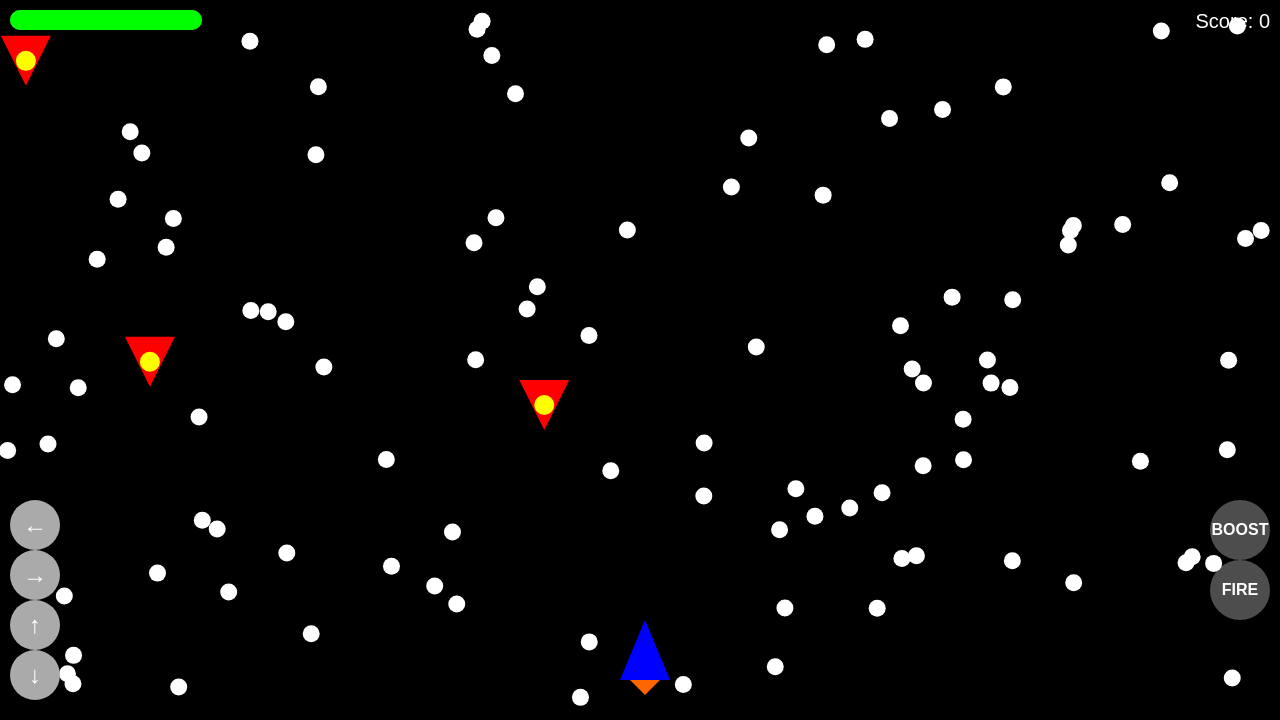
Repository: BiranOrundas/space-shooter
Page: space-shooter.html
The author's editor kept a copy of each file at every save. The page is drawn from the files as they stood at one save, then again after a run of saves.
The browser window is 1280 px wide. The pictures show the whole page.

Above is the page before, as saved 2025-03-13 15:55:28.

### space-shooter.html
<!DOCTYPE html>
<html lang="en">
<head>
  <meta charset="UTF-8">
  <meta name="viewport" content="width=device-width, initial-scale=1.0">
  <title>Space Shooter</title>
  <style>
    body {
      margin: 0;
      overflow: hidden;
      touch-action: none;
      font-family: Arial, sans-serif;
      background-color: #000;
      display: flex;
      justify-content: center;
      align-items: center;
      height: 100vh;
    }

    #game-container {
      position: relative;
      width: 100vw;
      height: 100vh;
      background-color: #000;
      overflow: hidden;
      touch-action: none;
    }

    #game-canvas {
      width: 100%;
      height: 100%;
    }

    #controls {
      position: absolute;
      bottom: 20px;
      left: 0;
      width: 100%;
      display: flex;
      justify-content: space-between;
      z-index: 10;
    }

    .direction-btn {
      width: 50px;
      height: 50px;
      background-color: rgba(255, 255, 255, 0.3);
      border-radius: 50%;
      display: flex;
      justify-content: center;
      align-items: center;
      color: white;
      font-weight: bold;
      font-size: 24px;
      user-select: none;
      margin: 0 10px;
    }
    .direction-btnpress {
      width: 50px;
      height: 50px;
      background-color: rgba(24, 124, 4, 0.3);
      border-radius: 50%;
      display: flex;
      justify-content: center;
      align-items: center;
      color: white;
      font-weight: bold;
      font-size: 24px;
      user-select: none;
      margin: 0 10px;
    }

    .action-btn {
      width: 60px;
      height: 60px;
      background-color: rgba(255, 255, 255, 0.3);
      border-radius: 50%;
      display: flex;
      justify-content: center;
      align-items: center;
      color: white;
      font-weight: bold;
      font-size: 16px;
      user-select: none;
      margin: 0 10px;
    }

    #life-bar-container {
      position: absolute;
      top: 10px;
      left: 10px;
      width: 15%;
      height: 20px;
      background-color: rgba(255, 255, 255, 0.3);
      border-radius: 10px;
    }

    #life-bar {
      height: 100%;
      width: 100%;
      background-color: #0f0;
      border-radius: 10px;
      transition: width 0.5s;
    }

    #score {
      position: absolute;
      top: 10px;
      right: 10px;
      color: white;
      font-size: 20px;
    }

    #game-over {
      position: absolute;
      top: 0;
      left: 0;
      width: 100%;
      height: 100%;
      background-color: rgba(0, 0, 0, 0.8);
      display: none;
      flex-direction: column;
      justify-content: center;
      align-items: center;
      color: white;
      font-size: 30px;
      z-index: 20;
    }

    #restart-btn {
      margin-top: 20px;
      padding: 10px 20px;
      background-color: #0f0;
      color: black;
      border: none;
      border-radius: 5px;
      font-size: 18px;
      cursor: pointer;
    }

    .star {
      position: absolute;
      background-color: white;
      border-radius: 50%;
    }
  </style>
</head>
<body>
  <div id="game-container">
    <div id="life-bar-container">
      <div id="life-bar"></div>
    </div>
    <div id="score">Score: 0</div>
    <canvas id="game-canvas"></canvas>

    <div id="controls">
      <div id="movement-controls">
        <div name="leftButton" class="direction-btn" id="left-btn">←</div>
        <div name="rightButton" class="direction-btn" id="right-btn">→</div>
        <div name="upButton" class="direction-btn" id="up-btn">↑</div>
        <div name="downButton" class="direction-btn" id="down-btn">↓</div>
      </div>
      <div id="action-controls">
        <div class="action-btn" id="boost-btn">BOOST</div>
        <div class="action-btn" id="shoot-btn">FIRE</div>
      </div>
    </div>

    <div id="game-over">
      <div>GAME OVER</div>
      <div id="final-score">Score: 0</div>
      <button id="restart-btn">Restart</button>
    </div>
  </div>

  <script>
    // Game setup
    const canvas = document.getElementById('game-canvas');
    const ctx = canvas.getContext('2d');

    // Set canvas dimensions to match container
    const container = document.getElementById('game-container');
    canvas.width = container.clientWidth;
    canvas.height = container.clientHeight;

    // Game variables
    let score = 0;
    let gameOver = false;
    let animationId;

    // Player variables
    const player = {
      x: canvas.width / 2 - 20,
      y: canvas.height - 100,
      width: 50,
      height: 60,
      speed: 5,
      boostedSpeed: 10,
      isBoosting: false,
      life: 100,
      color: '#00f',
      cooldown: 0,
      lastShot: 0
    };


    // Game elements arrays
    const bullets = [];
    const enemies = [];
    const stars = [];

    // Control variables
    let leftPressed = false;
    let rightPressed = false;
    let upPressed = false;
    let downPressed = false;
    let shootPressed = false;
    let boostPressed = false;

    // Generate stars for background
    function createStars() {
      const starCount = 100;
      for (let i = 0; i < starCount; i++) {
        stars.push({
          x: Math.random() * canvas.width,
          y: Math.random() * canvas.height,
          size: Math.random() * 1 + 0.5,
          speed: Math.random() * 2 + 1.9,

        });
      }
    }

    // Draw player's spaceship
    function drawPlayer() {
      // Draw player ship
      ctx.fillStyle = player.color;

      // Ship body
      ctx.beginPath();
      ctx.moveTo(player.x + player.width / 2, player.y);
      ctx.lineTo(player.x + player.width, player.y + player.height);
      ctx.lineTo(player.x, player.y + player.height);
      ctx.closePath();
      ctx.fill();

      // Engine flames
      if (player.isBoosting) {
        ctx.fillStyle = '#ff0';
      } else {
        ctx.fillStyle = '#f60';
      }

      const flameHeight = player.isBoosting ? 30 : 15;
      ctx.beginPath();
      ctx.moveTo(player.x + 10, player.y + player.height);
      ctx.lineTo(player.x + player.width / 2, player.y + player.height + flameHeight);
      ctx.lineTo(player.x + player.width - 10, player.y + player.height);
      ctx.closePath();
      ctx.fill();
    }

    // Create a bullet
    function shootBullet() {
      const now = Date.now();
      if (now - player.lastShot > 50 ) { // Cooldown in ms
        bullets.push({
          x: player.x + player.width / 2 - 3,
          y: player.y,
          width: 2,
          height: 10,
          speed: 20,
          color: '#f00'
        });
        player.lastShot = now;
      }
    }

    // Draw bullets
    function drawBullets() {
      bullets.forEach(bullet => {
        ctx.fillStyle = bullet.color;
        ctx.fillRect(bullet.x, bullet.y, bullet.width, bullet.height);
      });
    }

    // Create enemy ships
// Create enemy ships
function spawnEnemy() {
  if (Math.random() < 0.02 && !gameOver) {
    // Eğer boost aktifse, düşmanların hızını artır
    const enemySpeed = player.isBoosting ? Math.random() * 16 + 2 : Math.random() * 2 + 1;

    enemies.push({
      x: Math.random() * (canvas.width - 50),
      y: -50,
      width: 50,
      height: 50,
      speed: enemySpeed  // Boost durumuna göre hız
    });
  }
}


    // Draw enemy ships
    function drawEnemies() {
      enemies.forEach(enemy => {
        // Enemy ship body
        ctx.fillStyle = '#f00';
        ctx.beginPath();
        ctx.moveTo(enemy.x + enemy.width / 2, enemy.y + enemy.height);
        ctx.lineTo(enemy.x + enemy.width, enemy.y);
        ctx.lineTo(enemy.x, enemy.y);
        ctx.closePath();
        ctx.fill();

        // Enemy details
        ctx.fillStyle = '#ff0';
        ctx.beginPath();
        ctx.arc(enemy.x + enemy.width / 2, enemy.y + enemy.height / 2, 10, 0, Math.PI * 2);
        ctx.fill();
      });
    }

    // Draw stars background
    function drawStars() {
      ctx.fillStyle = 'white';
      stars.forEach(star => {
        ctx.beginPath();
        ctx.arc(star.x, star.y, star.size, 0, Math.PI * 2);
        ctx.fill();
      });
    }

    // Update star positions
  // Update star positions
function updateStars() {
  stars.forEach(star => {
    // Eğer boost aktifse, yıldızın hızını artır
    const speedFactor = player.isBoosting ? 5.5 : 1;

    star.y += star.speed * speedFactor; // Yıldızın hızı boost durumuna göre değişir
    star.size = 8 + 0.5;


    // Eğer yıldız ekranın dışına çıkarsa, konumunu sıfırlayın
    if (star.y > canvas.height) {
      star.y = 0;
      star.x = Math.random() * canvas.width;
    }
  });
}


// Update game elements
function updateGameElements() {

  if (leftPressed && player.x > 0) {
    player.x -= player.isBoosting ? player.boostedSpeed : player.speed;
    const LeftDirs = document.getElementsByName("leftButton");
LeftDirs.forEach(btn => {
    btn.style.backgroundColor = "#5CE65C";
});
  }else{
    const LeftDirs = document.getElementsByName("leftButton");
LeftDirs.forEach(btn => {
    btn.style.backgroundColor = "#AAAAAA";
})};



  if (rightPressed && player.x < canvas.width - player.width) {
    player.x += player.isBoosting ? player.boostedSpeed : player.speed;

    const rightDirs = document.getElementsByName("rightButton");
    rightDirs.forEach(btn => {
    btn.style.backgroundColor = "#5CE65C";
});
  }else{
    const rightDirs = document.getElementsByName("rightButton");
    rightDirs.forEach(btn => {
    btn.style.backgroundColor = "#AAAAAA";
})};


  if (upPressed && player.y < canvas.height - player.height) {
    player.y -= player.isBoosting ? player.boostedSpeed : player.speed;
    const upDirs = document.getElementsByName("upButton");
    upDirs.forEach(btn => {
    btn.style.backgroundColor = "#5CE65C";
});

  }else{
    const upDirs = document.getElementsByName("upButton");
    upDirs.forEach(btn => {
    btn.style.backgroundColor = "#AAAAAA";
})};






  if (downPressed && player.y < canvas.height - 20 - player.height) {
    player.y += player.isBoosting ? player.boostedSpeed : player.speed;
    const downDirs = document.getElementsByName("downButton");
    downDirs.forEach(btn => {
    btn.style.backgroundColor = "#5CE65C";
});

  }else{
    const downDirs = document.getElementsByName("downButton");
    downDirs.forEach(btn => {
    btn.style.backgroundColor = "#AAAAAA";
})};

  // Update bullets
  for (let i = 0; i < bullets.length; i++) {
    bullets[i].y -= bullets[i].speed;

    // Remove bullets that are off screen
    if (bullets[i].y < 0) {
      bullets.splice(i, 1);
      i--;
    }
  }

  // Update enemies
  for (let i = 0; i < enemies.length; i++) {
    enemies[i].y += enemies[i].speed;

    // Check for collision with player
    if (
      player.x < enemies[i].x + enemies[i].width &&
      player.x + player.width > enemies[i].x &&
      player.y < enemies[i].y + enemies[i].height &&
      player.y + player.height > enemies[i].y
    ) {
      // Player hit by enemy
      player.life -= 20;
      updateLifeBar();

      // Remove enemy
      enemies.splice(i, 1);
      i--;

      // Check game over
      if (player.life <= 0) {
        endGame();
      }

      continue;
    }

    // Check for bullets hitting enemies
    for (let j = 0; j < bullets.length; j++) {
      if (
        bullets[j].x < enemies[i].x + enemies[i].width &&
        bullets[j].x + bullets[j].width > enemies[i].x &&
        bullets[j].y < enemies[i].y + enemies[i].height &&
        bullets[j].y + bullets[j].height > enemies[i].y
      ) {
        // Enemy hit by bullet
        score += 50;
        updateScore();

      // Global variable to track if the bullet height has been changed
let bulletHeightUpdated = false;

// Inside the game loop or where you check the score
if (score >= 100 && !bulletHeightUpdated) {
    // Set the bullet height to 100
    bullets.forEach(bullet => {
        bullet.height = 100;
        bullet.color = "#00FF00"
    });

    // Mark the bullet height as updated
    bulletHeightUpdated = true;
}


        // Remove enemy and bullet
        enemies.splice(i, 1);
        bullets.splice(j, 1);
        i--;
        break;
      }
    }

    // Remove enemies that are off screen
    if (enemies[i] && enemies[i].y > canvas.height) {
      enemies.splice(i, 1);
      i--;
    }
  }
}


function Day() {
    const space = document.getElementById("game-container");

    setTimeout((randomColor) => {
        var randomColor = Math.floor(Math.random()*16777215).toString(16);
        space.style.backgroundColor = randomColor;
    },5500);
}


    // Update life bar
    function updateLifeBar() {
      const lifeBar = document.getElementById('life-bar');
      lifeBar.style.width = `${player.life}%`;

      // Change color based on life
      if (player.life > 60) {
        lifeBar.style.backgroundColor = '#0f0';
      } else if (player.life > 30) {
        lifeBar.style.backgroundColor = '#ff0';
      } else {
        lifeBar.style.backgroundColor = '#f00';
      }
    }

    // Update score display
    function updateScore() {
      document.getElementById('score').textContent = `Score: ${score}`;
    }

    // Game over
    function endGame() {
      gameOver = true;
      document.getElementById('game-over').style.display = 'flex';
      document.getElementById('final-score').textContent = `Score: ${score}`;
      cancelAnimationFrame(animationId);
    }

    // Main game loop
    function gameLoop() {
      // Clear canvas
      ctx.fillStyle = '#000';
      ctx.fillRect(0, 0, canvas.width, canvas.height);
        //Space Turning
      Day();

      // Draw stars
      drawStars();
      updateStars();

      // Spawn enemies
      spawnEnemy();


      // Update game elements
      updateGameElements();

      // Fire bullet if shoot button is pressed
      if (shootPressed) {
        shootBullet();
      }

      // Draw game elements
      drawPlayer();
      drawBullets();
      drawEnemies();

      // Continue game loop
      if (!gameOver) {
        animationId = requestAnimationFrame(gameLoop);
      }
    }

    // Event listeners for keyboard controls
    document.addEventListener('keydown', (e) => {
      if (e.key === 'ArrowLeft' || e.key === 'a') leftPressed = true;
      if (e.key === 'ArrowRight' || e.key === 'd') rightPressed = true;
      if (e.key === 'ArrowUp' || e.key === 'w') upPressed = true;
      if (e.key === 'ArrowDown' || e.key === 's') downPressed = true;
      if (e.key === ' ' || e.key === 'Enter') shootPressed = true;
      if (e.key === 'Shift') {
        boostPressed = true;
        player.isBoosting = true;
      }
    });

    document.addEventListener('keyup', (e) => {
      if (e.key === 'ArrowLeft' || e.key === 'a') leftPressed = false;
      if (e.key === 'ArrowRight' || e.key === 'd') rightPressed = false;
      if (e.key === 'ArrowUp' || e.key === 'w') upPressed = false;
      if (e.key === 'ArrowDown' || e.key === 's') downPressed = false;
      if (e.key === ' ' || e.key === 'Enter') shootPressed = false;
      if (e.key === 'Shift') {
        boostPressed = false;
        player.isBoosting = false;
      }
    });

    // Touch controls
    const leftBtn = document.getElementById('left-btn');
    const rightBtn = document.getElementById('right-btn');
    const shootBtn = document.getElementById('shoot-btn');
    const boostBtn = document.getElementById('boost-btn');

    leftBtn.addEventListener('touchstart', (e) => {
      e.preventDefault();
      leftPressed = true;
    });

    leftBtn.addEventListener('touchend', (e) => {
      e.preventDefault();
      leftPressed = false;
    });

    rightBtn.addEventListener('touchstart', (e) => {
      e.preventDefault();
      rightPressed = true;
    });

    rightBtn.addEventListener('touchend', (e) => {
      e.preventDefault();
      rightPressed = false;
    });

    shootBtn.addEventListener('touchstart', (e) => {
      e.preventDefault();
      shootPressed = true;
    });

    shootBtn.addEventListener('touchend', (e) => {
      e.preventDefault();
      shootPressed = false;
    });

    boostBtn.addEventListener('touchstart', (e) => {
      e.preventDefault();
      boostPressed = true;
      player.isBoosting = true;
    });

    boostBtn.addEventListener('touchend', (e) => {
      e.preventDefault();
      boostPressed = false;
      player.isBoosting = false;
    });

    // Mouse controls (for testing on desktop)
    leftBtn.addEventListener('mousedown', () => {
      leftPressed = true;
    });

    leftBtn.addEventListener('mouseup', () => {
      leftPressed = false;
    });

    rightBtn.addEventListener('mousedown', () => {
      rightPressed = true;
    });

    rightBtn.addEventListener('mouseup', () => {
      rightPressed = false;
    });

    shootBtn.addEventListener('mousedown', () => {
      shootPressed = true;
    });

    shootBtn.addEventListener('mouseup', () => {
      shootPressed = false;
    });

    boostBtn.addEventListener('mousedown', () => {
      boostPressed = true;
      player.isBoosting = true;
    });

    boostBtn.addEventListener('mouseup', () => {
      boostPressed = false;
      player.isBoosting = false;
    });

    // Restart game
    document.getElementById('restart-btn').addEventListener('click', () => {
      // Reset game state
      score = 0;
      gameOver = false;
      player.life = 100;
      player.x = canvas.width / 2 - 25;
      player.y = canvas.height - 100;
      player.isBoosting = false;

      // Clear arrays
      bullets.length = 0;
      enemies.length = 0;

      // Update UI
      updateScore();
      updateLifeBar();

      // Hide game over screen
      document.getElementById('game-over').style.display = 'none';

      // Start game loop
      gameLoop();
    });

    // Initialize game
    function initGame() {
      createStars();
      updateLifeBar();
      gameLoop();
    }

    // Start the game
    window.addEventListener('load', initGame);

    window.addEventListener('resize', () => {
  canvas.width = container.clientWidth;
  canvas.height = container.clientHeight;
});
  </script>
</body>
</html>

After the next 2 saves:
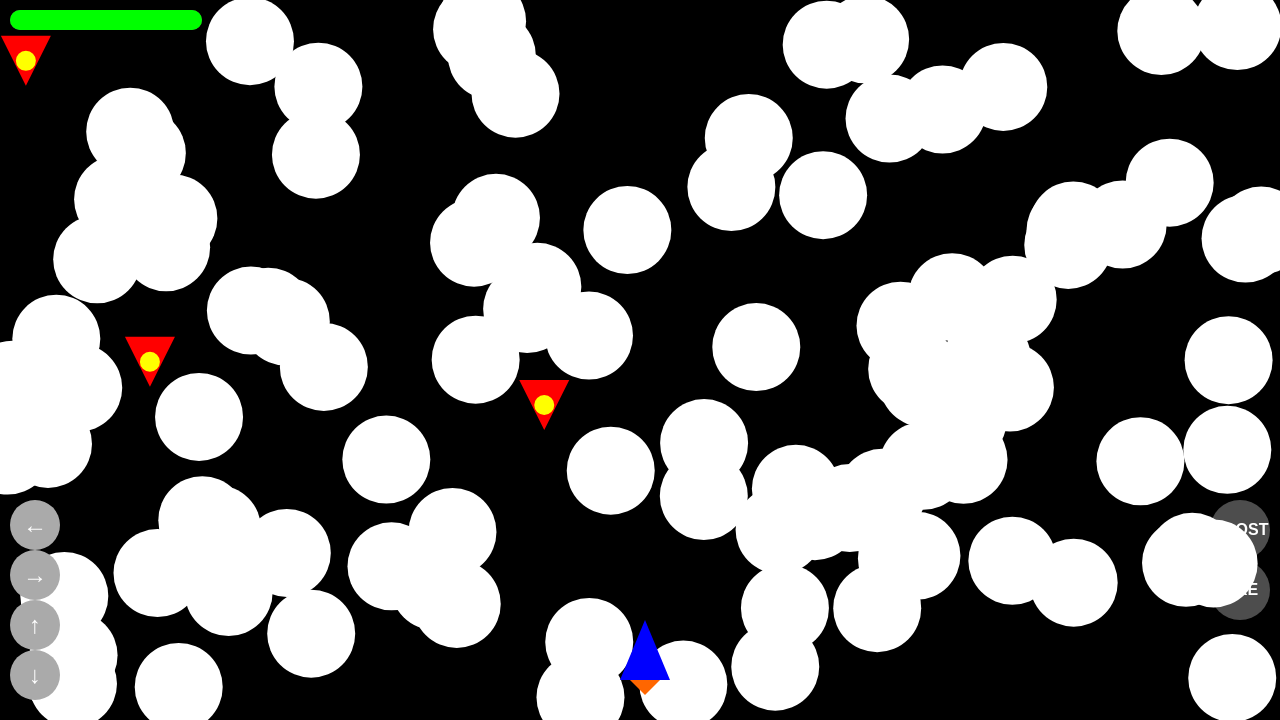
The 2 saves are shown as one change because they came seconds apart.
The last was saved 7 s later.
--- a/space-shooter.html
+++ b/space-shooter.html
@@ -340,7 +340,7 @@ function updateStars() {
     const speedFactor = player.isBoosting ? 5.5 : 1;
 
     star.y += star.speed * speedFactor; // Yıldızın hızı boost durumuna göre değişir
-    star.size = 8 + 0.5;
+    star.size = 8 * 5.5;
 
 
     // Eğer yıldız ekranın dışına çıkarsa, konumunu sıfırlayın
